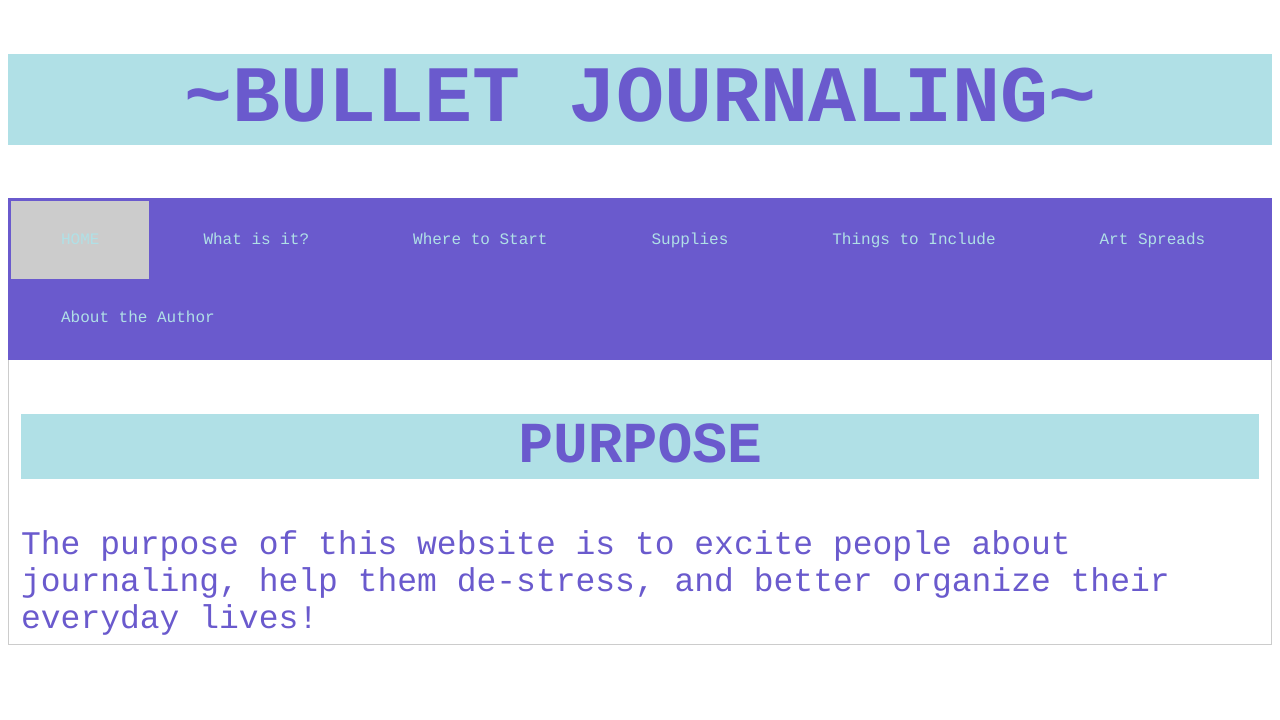
Repository: m-e-l-i-s-s-a/m-e-l-i-s-s-a.github.io
Page: journaling/index.html
The author's editor kept a record of every edit. The page is drawn from the files as they stood at one moment, then again after the next edit.
The browser window is 1280 px wide. The pictures show the whole page.

Above is the page before.
Console error: SyntaxError: Unexpected end of input

### journaling/index.html
<!doctype html>
  <html lang="en">
       <head>
           <meta charset="utf-8">
           <title>journaling site</title>
       </head>
       <body>

           <h1>
            ~BULLET JOURNALING~
          </h1>
          <script>
          function startTime() {
          var today = new Date();
          var h = today.getHours();
          var m = today.getMinutes();
          var s = today.getSeconds();
          m = checkTime(m);
          s = checkTime(s);
          document.getElementById('txt').innerHTML =
          h + ":" + m + ":" + s;
          var t = setTimeout(startTime, 500);
            }
          function checkTime(i) {
          if (i < 10) {i = "0" + i};  // add zero in front of numbers < 10
            return i;
          </script>
          <div class="tab">
          <button class="tablinks" onclick="openStep(event, 'HOME')"  id="defaultClose">HOME</button>
          <button class="tablinks" onclick="openStep(event, 'What is it?')">What is it?</button>
          <button class="tablinks" onclick="openStep(event, 'Where to Start')">Where to Start</button>
          <button class="tablinks" onclick="openStep(event, 'Supplies')">Supplies</button>
          <button class="tablinks" onclick="openStep(event, 'Things to Include')">Things to Include</button>
          <button class="tablinks" onclick="openStep(event, 'Art Spreads')">Art Spreads</button>
          <button class="tablinks" onclick="openStep(event, 'About the Author')">About the Author</button>
          </div>

          <div id="HOME" class="tabcontent">
          <h2>
          PURPOSE
          </h2>
          <p1>
          The purpose of this website is to excite people about journaling, help them de-stress, and better organize their everyday lives!</p1>
          <br>
          </div>

          <div id="What is it?" class="tabcontent">
          <h3>
          WHAT IS BULLET JOURNALING?
          </h3>
          <p2>
          Bullet journaling is a customizable way to organize your life and make it more managable. Some bullet journals are very focused on planning and efficiency, while others are artsy and fun. Any which way, a bullet journal is meant to be a planner that you can do whatever you want with!
          <br>
          </p2>
          <img src="mini.journal.jpg" alt="efficent" style="width:400px;height:400px;" class="right">
          <img src="artsy_journal.jpg" alt="art" style="width:400px;height:400px;" class="right">
          </div>

          <div id="Where to Start" class="tabcontent">
          <h4>
          WHERE TO START
          </h4>
          <p3>
          To start, you have to make sure you choose the right journal for you.
          <br>
          </p3>
          <img src="1917.dotted.jpg" alt="1917" style="width:500px;height:500px;" class="right">
          <img src="moleskine.dotted.jpg" alt="mole.cutie" style="width:500px;height:500px;" class="right">
          <img src="ghost.grid.jpg" alt="ghost" style="width:450px;height:500px;" class="right">
          <pbook>
          <br>
          Above are three options that many expirenced  folks use!
          <br>
          </pbook>
          <p1a>
          <br>
          The journal(left) known as the Leuchtturm 1917
          is considered a top choice by most.
          You can purchase it for $20 on amazon
          but there are cheaper options shown here too.
          Many people like this journal because of
          the many perks, like thick, dotted and
          numbered pages, label stickers, and
          many colors to choose from!
          <br>
          </p1a>
          <p1b>
          <br>
          The journal(middle) is called the Moleskine Dotted Hardcover journal.
          Many people consider this journal to be well made and very customizable.
          You can purchase it for $18 on amazon
          so slightly cheaper than the Leuchtturm.
          This journal is a pretty blank slate, making it well liked among the artsy type for journaling.
          The pages are thick, making them perfect for pens and markers.
          The artist in you will really love this!
          <br>
          </p1b>
          <p1c>
          <br>
          The journal(right) is called the Ghost Grid Dot journal.
          This journal isn't very popular due to the loud cover art, but it's a great place to start for beginners.
          You can purchase it for $10 on amazon making it quite affordable.
          This is yet another perk for beginners.
          This journal is spiral bound, which is not usual for bullet journalling, however many people are more comfortable and familiar with spiral notebooks.
          The pages are thick, dotted, and it has built in index pages at the front.
          <br>
          </p1c>
          </div>

          <div id="Supplies" class="tabcontent">
          <h5>
          SUPPLIES
          </h5>
          <p4>
          There are numerous amounts of supplies you can use for journalling, from a few pens to a whole art kit. Here I'll give you some commonly used to get you going!
          <br>
          </p4>
          <hboi>
          <br>
          Fineliners
          <br>
          </hboi>
          <pboi>
          <br>
          Fineliners are markers that come in many different colors that have a very fine tip. Normally used for outlining and writing, they are a staple in most bullet journals.
          <br>
          </pboi>
          <img src="liners.1.jpg" alt="liners.1" style="width:500px;height:500px;">
          <img src="liners.2.jpg" alt="liners.2" style="width:500px;height:500px;">
          <hboiv2>
          <br>
          Pens
          <br>
          </hboiv2>
          <pboiv2>
          <br>
          You probably have countless pens around your house but most journals have thick paper that will work much better with high quality gel pens.
          <br>
          </pboiv2>
          <img src="pens.1.jpg" alt="pens.1" style="width:500px;height:500px;">
          <img src="pens.2.jpg" alt="pens.2" style="width:500px;height:500px;">
          <hboiv3>
          <br>
          Markers
          <br>
          </hboiv3>
          <pboiv3>
          <br>
          Markers are used to color, decorate, and embelish the spreads in your bullet journal. While they aren't necesseary to journalling, they can be a great and exciting edition to yours!
          <br>
          </pboiv3>
          <img src="markers.1.jpg" alt="markers.1" style="width:500px;height:500px;">
          <img src="markers.2.jpg" alt="markers.2" style="width:500px;height:500px;">
          </div>

          <div id="Things to Include" class="tabcontent">
          <h6>
          THINGS TO INCLUDE
          </h6>
          <p5>
          You can include some many things in a bullet journal, but it is common to include calenders, planners, and other organizational spreads. However, there are plenty of things that can give your journal more personality!
          <br>
          </p5>
          <img src="daily.planner.jpg" alt="daily" style="width:500px;height:500px;">
          <img src="monthly.planner.png" alt="monthly" style="width:500px;height:500px;">
          <h1a>
          <br>
          Planners
          </h1a>
          <p2a>
          <br>
          Planners are what bullet journals are all about! They help you organize your life, remember important dates, and everything in between!
          <br>
          </p2a>
          <img src="mood.tracker.1.jpg" alt="mood.1" style="width:500px;height:500px;">
          <img src="mood.tracker.2.png" alt="mood.2" style="width:500px;height:500px;">
          <h1b>
          <br>
          Mood Trackers
          <br>
          </h1b>
          <p2b>
          <br>
          Mood trackers can help you recongize and pick up on behaviors you feel throughtout the month so yu can reflect on yourself and your emotions.
          <br>
          </p2b>
          <img src="habit.tracker.1.jpg" alt="habit.1" style="width:500px;height:500px;">
          <img src="habit.tracker.2.jpg" alt="habit.2" style="width:500px;height:500px;">
          <h1c>
          <br>
          Habit Trackers
          <br>
          </h1c>
          <p2c>
          <br>
          Habit trackers, similar to mood trackers, help you understand and keep track of things you might forget about like water or food intake. Tracking this can help you understand your behaviors and see what you can improve on!
          <br>
          </p2c>
          </div>

          <div id="Art Spreads" class="tabcontent">
          <hbruh>
          ART SPREADS
          </hbruh>
          <p7>
          <br>
          <img src="spread.1.jpg" alt="1" style="width:500px;height:500px;">
          <img src="spread.2.png" alt="2" style="width:500px;height:500px;">
          <img src="spread.3.png" alt="3" style="width:500px;height:500px;">
          <img src="spread.4.jpg" alt="4" style="width:500px;height:500px;">
          <br>
          </p7>
          </div>

          <div id="About the Author" class="tabcontent">
          <h9>
          ABOUT THE AUTHOR
          <br>
          </h9>
          <p8>
          <br>
          The author of this site is a person named Melissa Gomez. She really likes to draw, design, and journal but unforunately, often can't find enough time to dedicate in her everyday life to this.
          <br>
          </p8>
          </div>

          <script>
          function openStep(evt, stepName)
          {
            var i, tabcontent, tablinks;
            tabcontent = document.getElementsByClassName("tabcontent");
            for (i = 0; i < tabcontent.length; i++)
            {
              tabcontent[i].style.display = "none";
            }
            tablinks = document.getElementsByClassName("tablinks");
            for (i = 0; i < tablinks.length; i++)
            {
              tablinks[i].className = tablinks[i].className.replace(" active", "");
            }
            document.getElementById(stepName).style.display = "block";
            evt.currentTarget.className += " active";
          }
          </script>

          <script>
          document.getElementById("defaultClose").click();
          </script>

  </body>

  </html>

  <link href="journaling.css" rel="stylesheet" type="text/css">

### journaling/journaling.css
h1
       {
 	       text-align: center;
 	       font-family: courier;
 	       color: slateblue;
 	       background-color: powderblue;
 	       font-size: 80px;
       }

h2, h3, h4, h5, h6, h7, hbruh, h9
       {
 	       text-align: center;
 	       font-family: courier;
 	       color: slateblue;
 	       background-color: powderblue;
 	       font-size: 58px;
       }

h1a, h1b, h1c, hboi, hboiv2, hboiv3
       {
              text-align: center;
 	       font-family: courier;
 	       color: slateblue;
 	       background-color: powderblue;
 	       font-size: 58px;
       }
p1, p2, p3, p4, p5, p6, p7, p8, pbook
       {
              text-align: center;
              font-family: courier;
              color: slateblue;
              font-size: 33px;
       }

p1a, p1b, p1c, p2a, p2b, p2c, pboi, pboiv2, pboiv3
       {
              text-align: left;
              font-family: courier;
              color: slateblue;
              font-size: 25px;
       }

.tab   {
              overflow: hidden;
              border: 3px solid slateblue;
              background-color: slateblue;
       }

.tab button
       {
              background-color: inherit;
              float: inherit;
              border: none;
              outline: none;
              color: powderblue;
              cursor: pointer;
              padding: 30px 50px;
              transition: 0.3s;
              font-family: courier;
              font-size: 16px
       }

/* Change background color of buttons on hover */
.tab button:hover
       {
              background-color: #ddd;
       }

/* Create an active/current "tab button" class */
.tab .active
       {
              background-color: #ccc;
       }

/* Style the tab content */
.tabcontent
       {
              display: none;
              padding: 6px 12px;
              border: 1px solid #ccc;
              border-top: none;
       }

After the next edit:
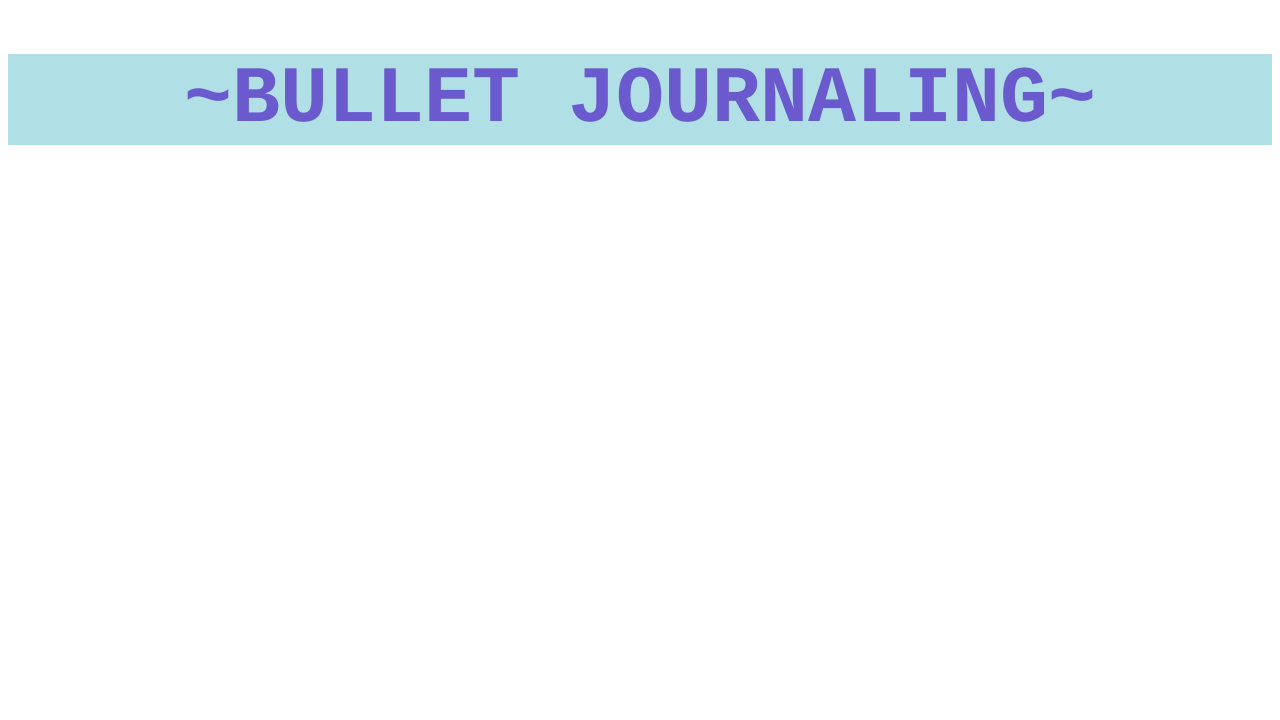
Console error: SyntaxError: Unexpected token '<'
The edit:
--- a/journaling/index.html
+++ b/journaling/index.html
@@ -24,7 +24,7 @@
           function checkTime(i) {
           if (i < 10) {i = "0" + i};  // add zero in front of numbers < 10
             return i;
-          </script>
+          </script1>
           <div class="tab">
           <button class="tablinks" onclick="openStep(event, 'HOME')"  id="defaultClose">HOME</button>
           <button class="tablinks" onclick="openStep(event, 'What is it?')">What is it?</button>

After the edit that followed:
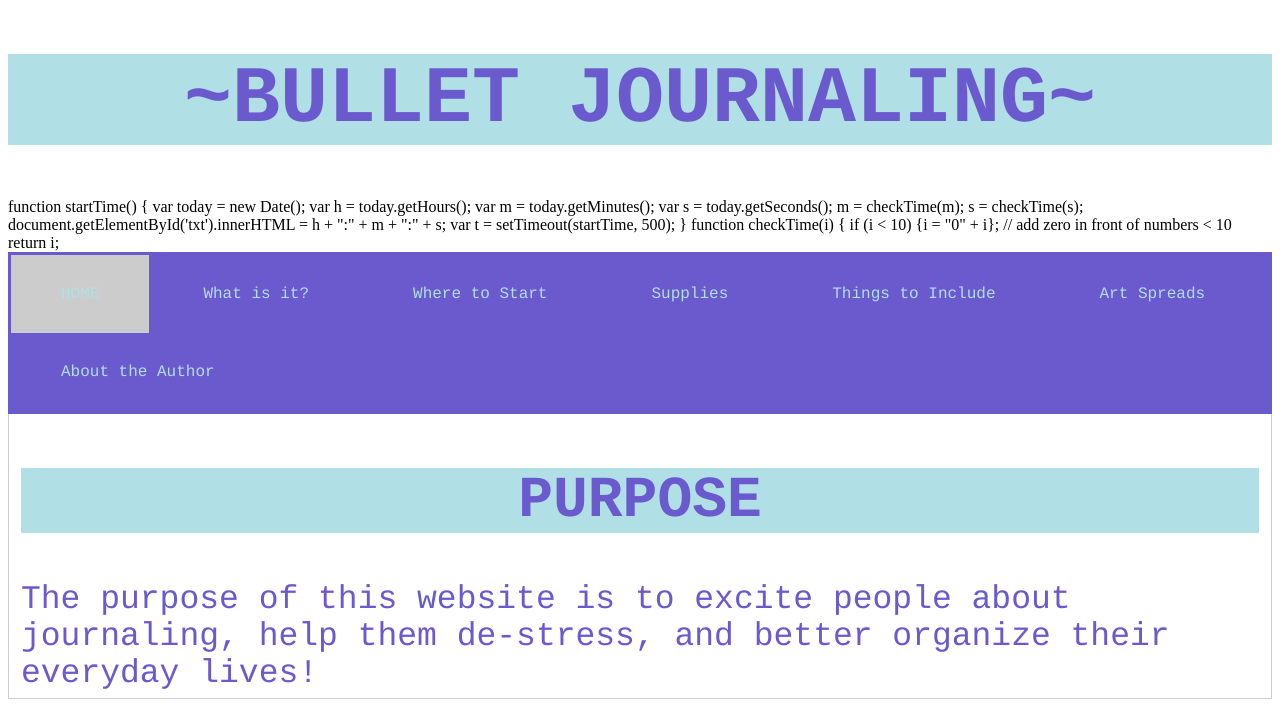
The error is gone.
The edit:
--- a/journaling/index.html
+++ b/journaling/index.html
@@ -9,7 +9,7 @@
            <h1>
             ~BULLET JOURNALING~
           </h1>
-          <script>
+          <script1>
           function startTime() {
           var today = new Date();
           var h = today.getHours();
